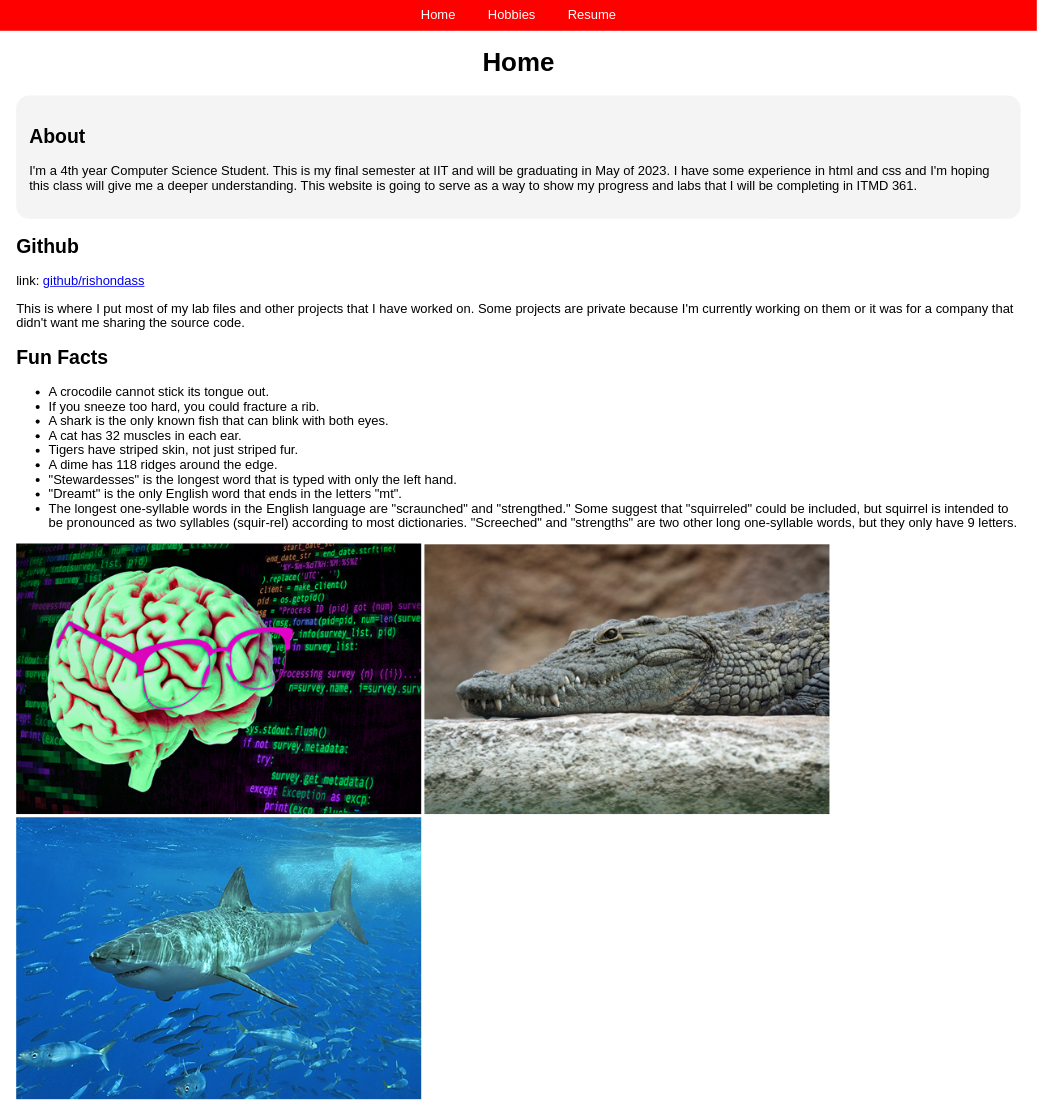
Repository: rishondass/ITMD361-Project2
Page: index.html
These files come from the project's save history. The page is drawn as it stood at one moment and after the next save; the edit follows.
The browser window is 1280 px wide. The pictures show the whole page, at 81% of full size.

Above is the page before, as saved 2023-03-07 21:50:37.

After the next save:
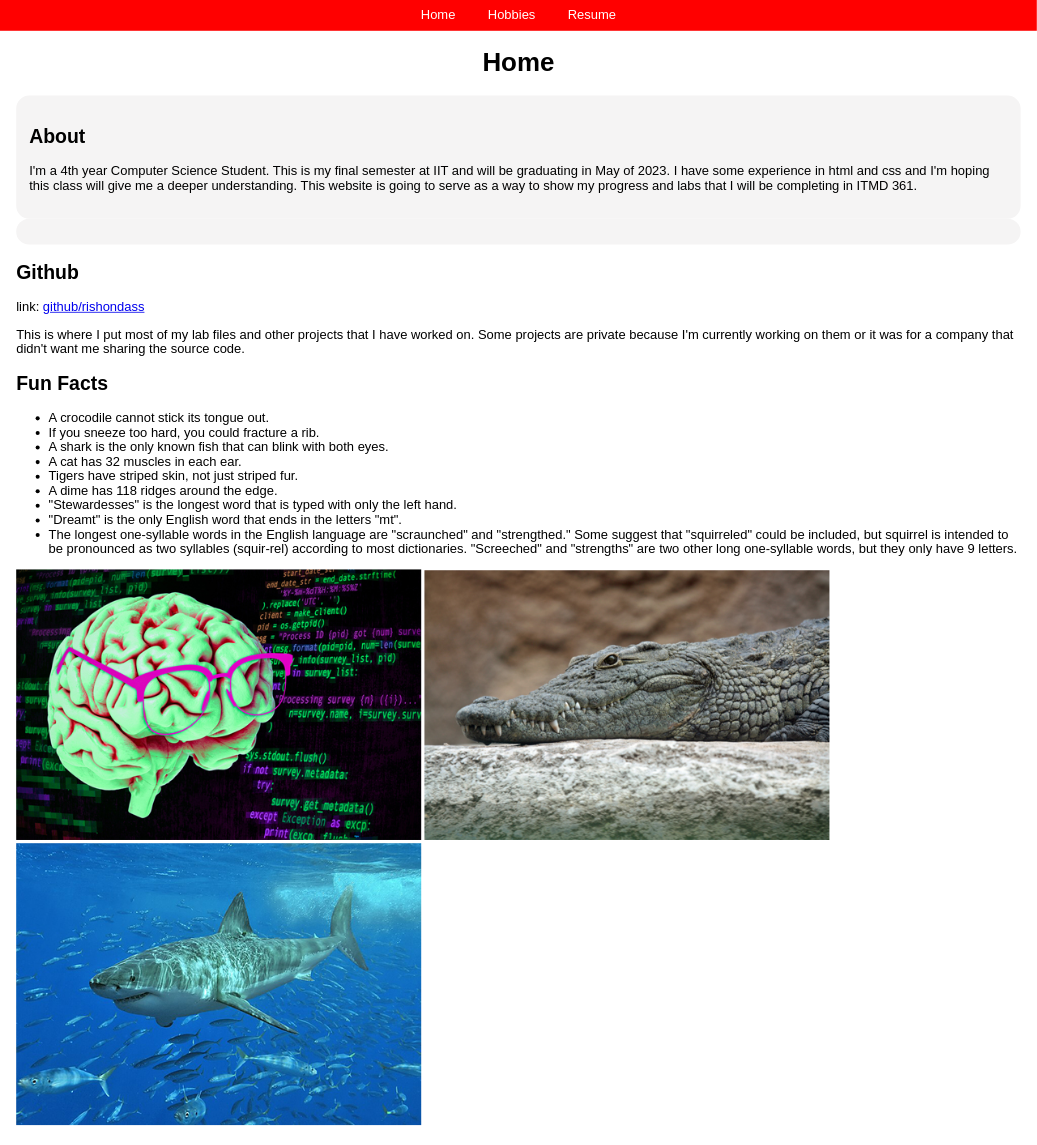
Saved 6 s later.
--- a/index.html
+++ b/index.html
@@ -35,7 +35,7 @@
                 I'm a 4th year Computer Science Student. This is my final semester at IIT and will be graduating in May of 2023. I have some experience in html and css and I'm hoping this class will give me a deeper understanding. This website is going to serve as a way to show my progress and labs that I will be completing in ITMD 361.
             </p>
         </div>
-        <div>
+        <div id="about-section">
 
         </div>
         <h2>

After the save that followed:
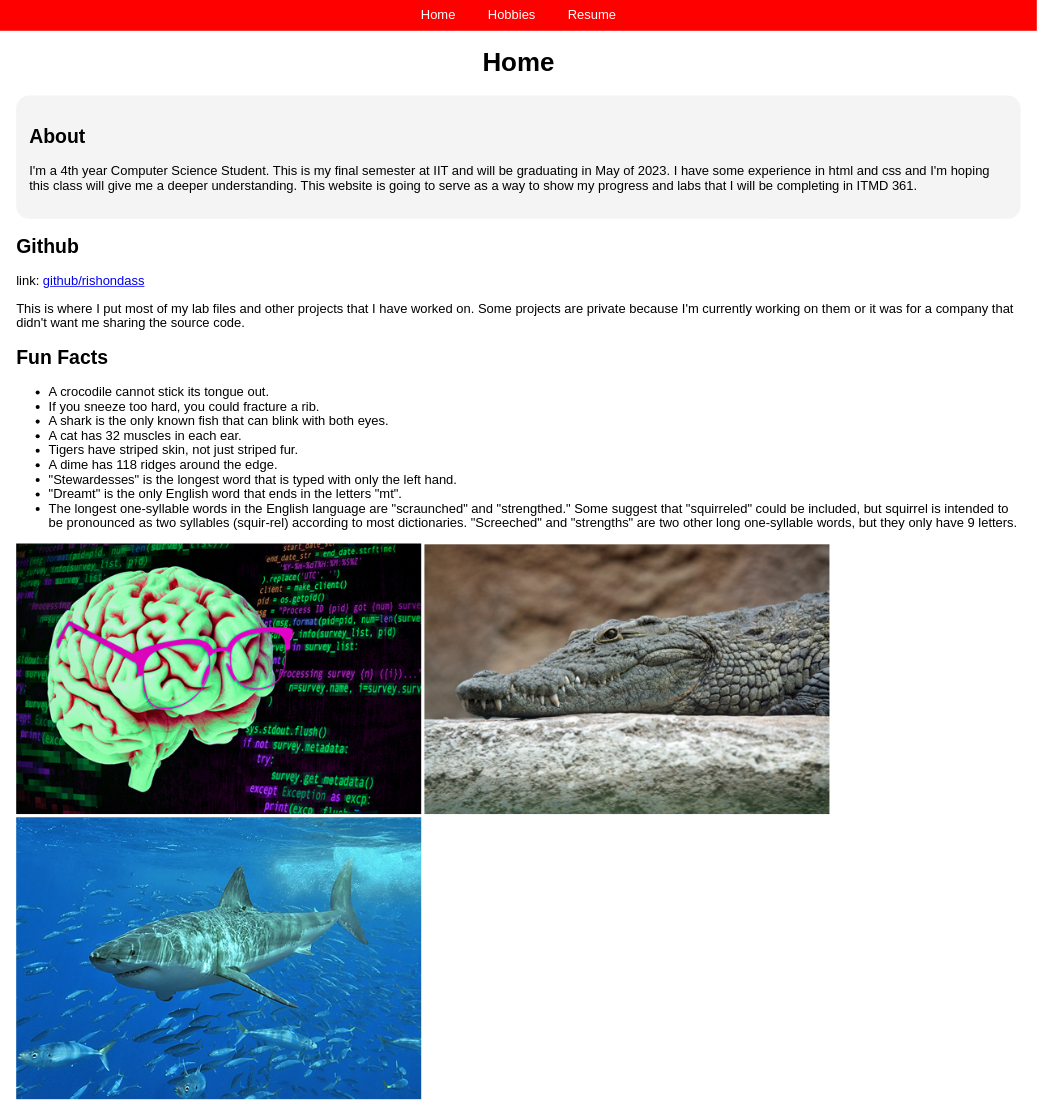
Saved 4 s later.
--- a/index.html
+++ b/index.html
@@ -35,7 +35,7 @@
                 I'm a 4th year Computer Science Student. This is my final semester at IIT and will be graduating in May of 2023. I have some experience in html and css and I'm hoping this class will give me a deeper understanding. This website is going to serve as a way to show my progress and labs that I will be completing in ITMD 361.
             </p>
         </div>
-        <div id="about-section">
+        <div id="github-section">
 
         </div>
         <h2>
